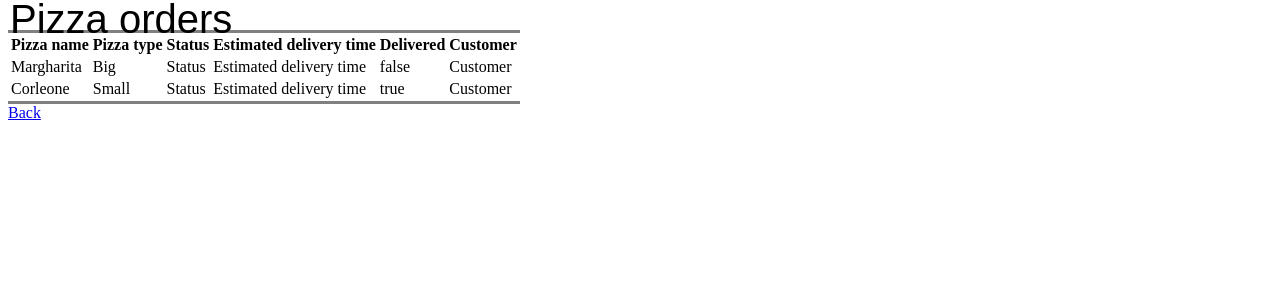
Repository: lukas77pro/html_css_js
Page: html/Test/WebContent/Tabela.html
The author's editor kept a copy of each file at every save. The page is drawn from the files as they stood at one save, then again after the next save.
The browser window is 1280 px wide. The pictures show the whole page.

Above is the page before, as saved 2015-07-10 13:34:55.

### html/Test/WebContent/Tabela.html
<!DOCTYPE html>
<html>
<head>
<meta charset="UTF-8">
<title>Insert title here</title>
<link rel="stylesheet" type="text/css" href="Styl.css">
</head>
<body>
	<div class="HeaderMain">
		<legend id="LegendMain">Pizza orders</legend>
	</div>
	<table>
		<tr>
			<th>Pizza name</th>
			<th>Pizza type</th>
			<th>Status</th>
			<th>Estimated delivery time</th>
			<th>Delivered</th>
			<th>Customer</th>
		</tr>
		<tr>
			<td>Margharita</td>
			<td>Big</td>
			<td>Status</td>
			<td>Estimated delivery time</td>
			<td>false</td>
			<td>Customer</td>
		</tr>
		<tr>
			<td>Corleone</td>
			<td>Small</td>
			<td>Status</td>
			<td>Estimated delivery time</td>
			<td>true</td>
			<td>Customer</td>
		</tr>
	</table>

	<a href="Formularz.html">Back</a>

</body>
</html>

### html/Test/WebContent/Styl.css
@CHARSET "UTF-8";

#Customer {

}

.HeaderMain {
	font-family: Arial, Helvetica Neue, Helvetica, sans-serif;
	font-size: 20px;
	font-style: normal;
	font-variant: normal;
	font-weight: 500;
	line-height: 22px;
}

#LegendMain {
	font-size: 40px;
}

/* table , th, td {
    border: 2px solid black;
    tr:nth-child(odd)		{ background-color:#eee; }
	tr:nth-child(even)		{ background-color:#fff; }
} */
table {
	border-style: solid;
	border-left: thick #ffffff;
	border-right: thick #ffffff;
}

tr:nth-child(even):hover {
	background: pink;
}

tr:nth-child(odd):hover {
	background: lime;
}

After the next save:
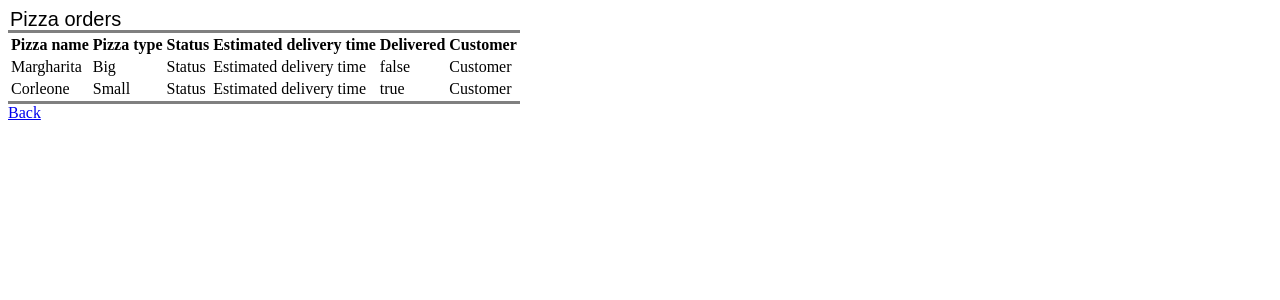
Saved 22 s later.
--- a/html/Test/WebContent/Styl.css
+++ b/html/Test/WebContent/Styl.css
@@ -13,9 +13,6 @@
 	line-height: 22px;
 }
 
-#LegendMain {
-	font-size: 40px;
-}
 
 /* table , th, td {
     border: 2px solid black;
